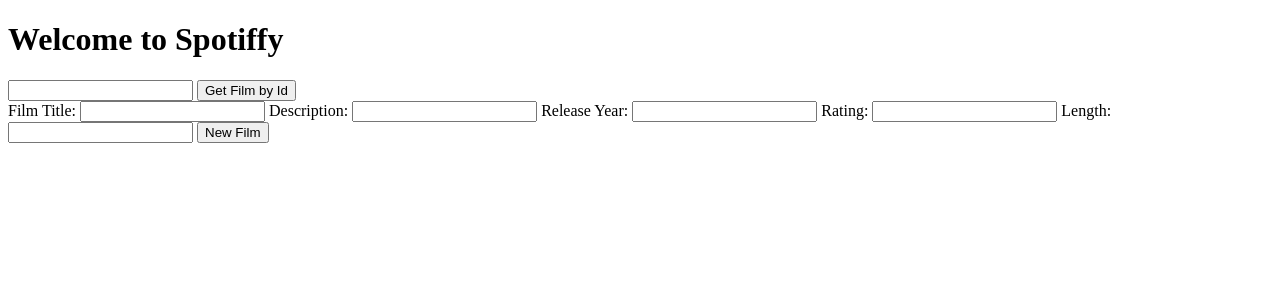
Repository: wcylou/EventTrackerProject
Page: SpotifyREST/src/main/webapp/index.html
These files come from the project's save history. The page is drawn as it stood at one moment and after the next save; the edit follows.
The browser window is 1280 px wide. The pictures show the whole page.

Above is the page before, as saved 2018-07-18 22:38:09.

### SpotifyREST/src/main/webapp/index.html
<!DOCTYPE html>
<html lang="en" dir="ltr">
  <head>
    <meta charset="utf-8">
    <title></title>
  </head>
  <body>
  <h1>Welcome to Spotiffy</h1>

  <form name="filmForm">
    <input type="number" name="filmId">
    <button name="lookup">Get Film by Id</button>
  </form>

  <form name="createFilmForm" id="createFilmForm">
    Film Title: <input type="text" name="filmTitle">
    Description: <input type="text" name="description">
    Release Year: <input type="text" name="releaseYear">
    Rating: <input type="text" name="rating">
    Length: <input type="text" name="length">
    <button name="create">New Film</button>
  </form>

  <div id="output">
    <div id="filmData"></div>
    <div id="actorData"></div>
  </div>


    <script src="script.js" charset="utf-8"></script>
  </body>
</html>

### SpotifyREST/src/main/webapp/js/script.js
window.addEventListener('load', function(e) {
  console.log('document loaded');
  init();
});

function init() {
  document.filmForm.lookup.addEventListener('click', function(event) {
    event.preventDefault();
    var filmId = document.filmForm.filmId.value;
    if (!isNaN(filmId) && filmId > 0) {
      getFilm(filmId);
    }
  })
  document.createFilmForm.create.addEventListener('click', function(event) {
	  event.preventDefault();
	  createFilm();
  })
}

function getFilm(filmId) {
  // TODO:
  // * Use XMLHttpRequest to perform a GET request to "api/films/"
  //   with the filmId appended.
  // * On success, if a response was received parse the film data
  //   and pass the film object to displayFilm().
  // * On failure, or if no response text was received, put "Film not found"
  //   in the filmData div.
	var xhr = new XMLHttpRequest();

	var filmData = document.getElementById("filmData");
	var link = "api/films/" + filmId;
	xhr.open('GET', link, true);

	xhr.onreadystatechange = function() {
		if (xhr.readyState === 4 && xhr.status < 400) {
			var film = JSON.parse(xhr.responseText);
			displayFilm(film);
			getActors(filmId);
		}

		if (xhr.readyState === 4 && xhr.status >= 400) {
			console.log("test");
			filmData.textContent = "Film not found";
		}
	};
	xhr.send(null);

}
function getActors(filmId) {
	// TODO:
	// * Use XMLHttpRequest to perform a GET request to "api/films/"
	//   with the filmId appended.
	// * On success, if a response was received parse the film data
	//   and pass the film object to displayFilm().
	// * On failure, or if no response text was received, put "Film not found"
	//   in the filmData div.
	var xhr = new XMLHttpRequest();

	var actorData = document.getElementById("actorData");
	var link = "api/films/" + filmId + "/actors";
	xhr.open('GET', link, true);

	xhr.onreadystatechange = function() {
		if (xhr.readyState === 4 && xhr.status < 400) {
			var actors = JSON.parse(xhr.responseText);
			displayActors(actors);

		}

		if (xhr.readyState === 4 && xhr.status >= 400) {
			actorData.textContent = "Actors not found";
		}
	};
	xhr.send(null);

}

function displayFilm(film) {
  var dataDiv = document.getElementById('filmData');
  dataDiv.textContent = '';
  // TODO:
  // * Create and append elements to the data div to display:
  // * Film title (h1) and description (blockquote).
  // * Rating, release year, and length as an unordered list.

  var header = document.createElement('h1');
  header.textContent = film.title;
  var body = document.createElement('blockquote');
  body.textContent = film.description;
  var ul = document.createElement('ul');
  var li = document.createElement('li');
  var li2 = document.createElement('li');
  var li3 = document.createElement('li');
  li.textContent = film.rating;
  li2.textContent = film.releaseYear;
  li3.textContent = film.length;
  ul.appendChild(li);
  ul.appendChild(li2);
  ul.appendChild(li3);
  dataDiv.appendChild(header);
  dataDiv.appendChild(body);
  dataDiv.appendChild(ul);
}

function displayActors(actors) {
	var actorDiv = document.getElementById('actorData');
	  actorDiv.textContent = '';
	  var ul = document.createElement('ul');

	  actors.forEach(function(e) {
		  var li = document.createElement('li');
		  li.textContent = e.firstName + " " + e.lastName;
		  ul.appendChild(li);
	  });
	  actorDiv.appendChild(ul);
}

function createFilm() {
	var form = document.getElementById('createFilmForm');
	var film = {};
	film.title = form.filmTitle.value;
	film.description = form.description.value;
	film.releaseYear = Number(form.releaseYear.value);
	film.rating = form.rating.value;
	film.length = Number(form.length.value);
	console.log(film);
	var xhr = new XMLHttpRequest();
	xhr.open("POST", "api/films", true);
	xhr.setRequestHeader("Content-Type", "application/json");
	xhr.onreadystatechange = function() {
		if (xhr.readyState === 4 && xhr.status < 400) {
			var film = JSON.parse(xhr.responseText);
			displayFilm(film);

		}

		if (xhr.readyState === 4 && xhr.status >= 400) {
			actorData.textContent = "Film not created";
		}
	};
	xhr.send(JSON.stringify(film));
}

After the next save:
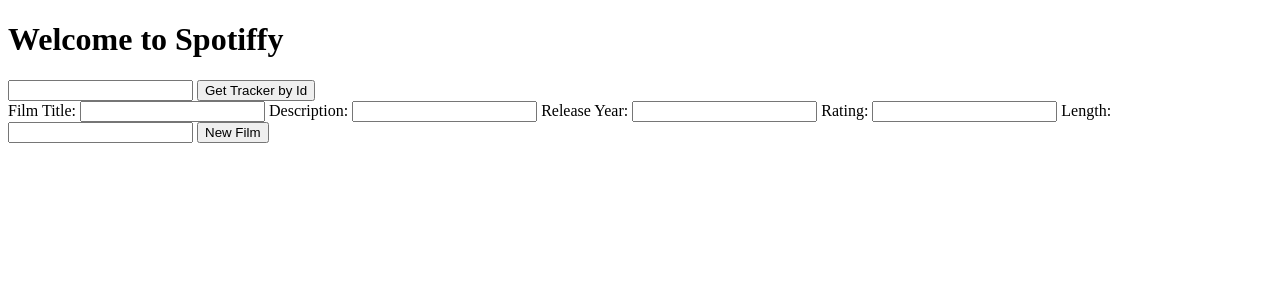
Console error: TypeError: Cannot read properties of undefined (reading 'lookup')
Saved 49 s later.
--- a/SpotifyREST/src/main/webapp/index.html
+++ b/SpotifyREST/src/main/webapp/index.html
@@ -7,9 +7,9 @@
   <body>
   <h1>Welcome to Spotiffy</h1>
 
-  <form name="filmForm">
-    <input type="number" name="filmId">
-    <button name="lookup">Get Film by Id</button>
+  <form name="inputForm">
+    <input type="number" name="trackerId">
+    <button name="lookup">Get Tracker by Id</button>
   </form>
 
   <form name="createFilmForm" id="createFilmForm">
